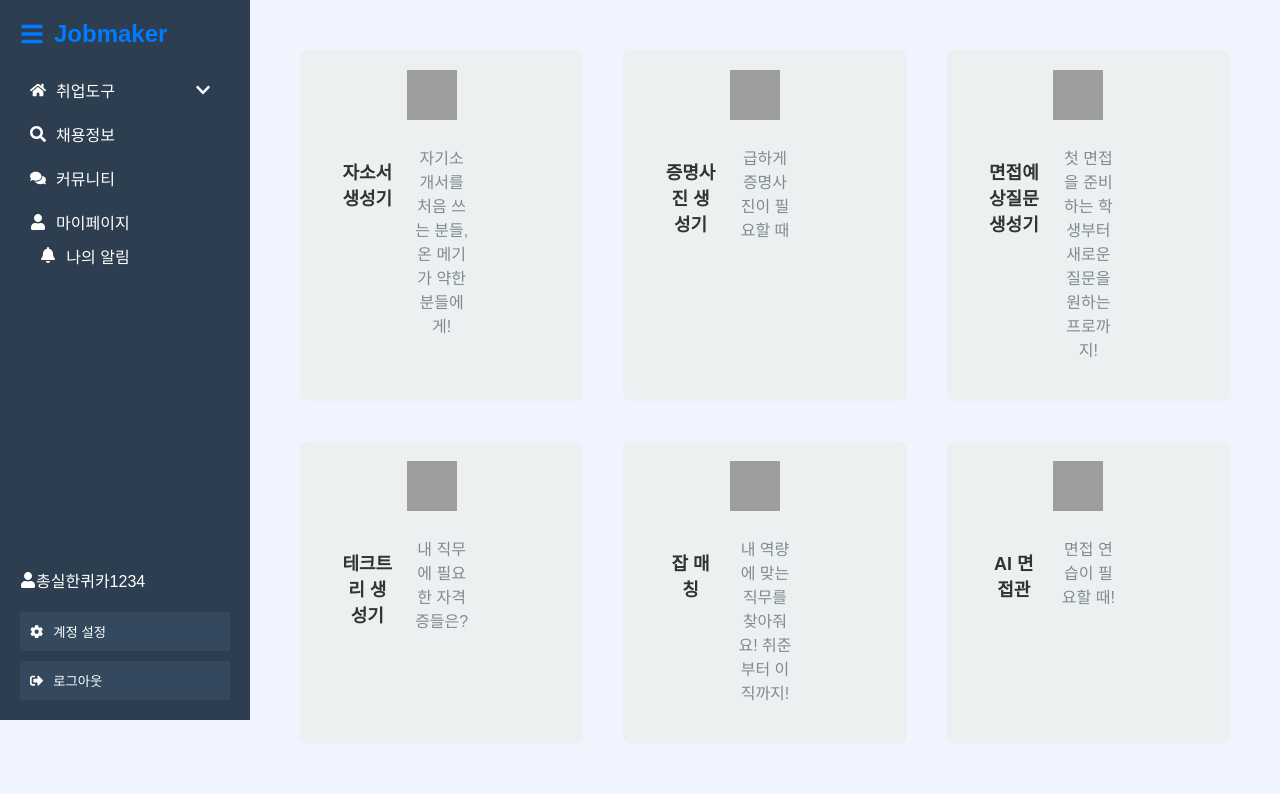
Repository: HSfac/jobmaker
Page: /main
These files come from the project's save history. The page is drawn as it stood at one moment and after a run of saves; the edit follows.
The browser window is 1280 px wide. The pictures show the whole page.
Pictures or frames that could not be fetched are drawn as grey boxes. The project was rebuilt for these pictures with package versions that can differ from the ones it lists, and the page was loaded fresh each time. Also part of the build but not shown: src/components/Header.jsx, src/components/Footer.css, src/components/Footer.jsx, src/pages/LandingPage.jsx, src/pages/InfosPage.jsx, src/pages/CommunityPage.jsx, src/pages/MyPage.jsx, src/components/SocialLoginButton.css and 15 more.

Above is the page before, as saved 2024-07-13 17:47:50.

### src/App.js
import React from 'react';
import { BrowserRouter as Router, Route, Routes } from 'react-router-dom';
import MainPage from './pages/MainPage';
import LandingPage from './pages/LandingPage';
import InfosPage from './pages/InfosPage';
import CommunityPage from './pages/CommunityPage';
import MyPage from './pages/MyPage';
import LoginPage from './pages/LoginPage';
import SignupPage from './pages/SignupPage';
import EmailSignupPage from './pages/EmailSignupPage';

import ResumeGeneratorPage from './pages/tools/ResumeGeneratorPage';
import PhotoGeneratorPage from './pages/tools/PhotoGeneratorPage';
import InterviewQuestionsGeneratorPage from './pages/tools/InterviewQuestionsGeneratorPage';
import TechTreeGeneratorPage from './pages/tools/TechTreeGeneratorPage';
import JobMatchingPage from './pages/tools/JobMatchingPage';
import AIInterviewerPage from './pages/tools/AIInterviewerPage';

import MainLayout from './layouts/MainLayout'; // 새로 생성한 레이아웃 컴포넌트
import './App.css';

function App() {
  return (
    <Router>
      <div className="App">
        <Routes>
          <Route path="/" element={<LandingPage />} />
          <Route path="/login" element={<LoginPage />} />
          <Route path="/signup" element={<SignupPage />} />
          <Route path="/email-signup" element={<EmailSignupPage />} />
          <Route element={<MainLayout />}>
            <Route path="/main" element={<MainPage />} />
            <Route path="/infos" element={<InfosPage />} />
            <Route path="/community" element={<CommunityPage />} />
            <Route path="/mypage" element={<MyPage />} />
            <Route path="/tools/resume-generator" element={<ResumeGeneratorPage />} />
            <Route path="/tools/photo-generator" element={<PhotoGeneratorPage />} />
            <Route path="/tools/interview-questions-generator" element={<InterviewQuestionsGeneratorPage />} />
            <Route path="/tools/tech-tree-generator" element={<TechTreeGeneratorPage />} />
            <Route path="/tools/job-matching" element={<JobMatchingPage />} />
            <Route path="/tools/ai-interviewer" element={<AIInterviewerPage />} />
          </Route>
        </Routes>
      </div>
    </Router>
  );
}

export default App;

### src/pages/MainPage.jsx
// MainPage.jsx
import React from 'react';
import ToolCard from '../components/ToolCard';
import './MainPage.css';

const tools = [
  {
    title: "자소서 생성기",
    description: "자기소개서를 처음 쓰는 분들, 온 메기가 약한 분들에게!",
    image: "../assets/images/icons/icon2.png",
    link: "/tools/resume-generator",
  },
  {
    title: "증명사진 생성기",
    description: "급하게 증명사진이 필요할 때",
    image: "../assets/images/icons/icon2.png",
    link: "/tools/photo-generator",
  },
  {
    title: "면접예상질문 생성기",
    description: "첫 면접을 준비하는 학생부터 새로운 질문을 원하는 프로까지!",
    image: "../assets/images/icons/icon2.png",
    link: "/tools/interview-questions-generator",
  },
  {
    title: "테크트리 생성기",
    description: "내 직무에 필요한 자격증들은?",
    image: "../assets/images/icons/icon2.png",
    link: "/tools/tech-tree-generator",
  },
  {
    title: "잡 매칭",
    description: "내 역량에 맞는 직무를 찾아줘요! 취준부터 이직까지!",
    image: "../assets/images/icons/icon2.png",
    link: "/tools/job-matching",
  },
  {
    title: "AI 면접관",
    description: "면접 연습이 필요할 때!",
    image: "../assets/images/icons/icon2.png",
    link: "/tools/ai-interviewer",
  },
];

const MainPage = () => {
  return (
    <div className="main-page">
      <div className="content">
        {tools.map((tool, index) => (
          <ToolCard
            key={index}
            title={tool.title}
            description={tool.description}
            image={tool.image}
            link={tool.link}
          />
        ))}
      </div>
    </div>
  );
};

export default MainPage;

### src/layouts/MainLayout.jsx
import React from 'react';
import { Outlet } from 'react-router-dom';
import Sidebar from '../components/Sidebar';
//import './MainLayout.css';

const MainLayout = () => {
  return (
    <div className="main-layout">
      <Sidebar />
      <div className="page-content">
        <Outlet />
      </div>
    </div>
  );
};

export default MainLayout;

### src/App.css
.App {
  font-family: sans-serif;
  text-align: center;
  height: 100vh;
  display: flex;
  flex-direction: column;
}

.main-content {
  display: flex;
  flex: 1;
}

.page-content {
  flex: 1;
  padding: 20px;
  margin-left: 250px; /* 사이드바의 넓이만큼 왼쪽 여백을 설정 */
  transition: margin-left 0.3s;
}

.sidebar.closed + .page-content {
  margin-left: 80px; /* 사이드바가 닫혔을 때 여백 설정 */
}

### src/components/ToolCard.jsx
// ToolCard.jsx
import React from 'react';
import { useNavigate } from 'react-router-dom';
import './ToolCard.css';

const ToolCard = ({ title, description, image, link }) => {
  const navigate = useNavigate();

  const handleClick = () => {
    navigate(link);
  };

  return (
    <div className="tool-card" onClick={handleClick}>
      <img src={image} alt={title} className="icon" />
      <div className="content">
        <h3>{title}</h3>
        <p>{description}</p>
      </div>
    </div>
  );
};

export default ToolCard;

### src/pages/MainPage.css
.main-page {
  display: flex;
}

.content {
  flex-grow: 1;
  padding: 20px;
  display: grid;
  grid-template-columns: repeat(3, 1fr);
  gap: 20px;
}

### src/pages/LandingPage.css
/* LandingPage.css */

@font-face {
  font-family: 'Pretendard';
  src: url('../assets/fonts/Pretendard-Regular.ttf') format('truetype');
  font-weight: 400;
}

@font-face {
  font-family: 'Pretendard';
  src: url('../assets/fonts/Pretendard-SemiBold.ttf') format('truetype');
  font-weight: 600;
}
:root {
  --bg-color: #f0f4ff;
  --text-color: #333;
  --primary-color: #3a73e1;
  --secondary-color: #fff;
  --question-bg-color: #4a90e2;
}

[data-theme="dark"] {
  --bg-color: #121212;
  --text-color: #e0e0e0;
  --primary-color: #bb86fc;
  --secondary-color: #333;
  --question-bg-color: #3700b3;
}

body {
  background-color: var(--bg-color);
  color: var(--text-color);
  margin: 0;
  padding: 0;
  font-family: 'Pretendard', sans-serif;
}

.landing-page {
  display: flex;
  flex-direction: column;
  min-height: 100vh;
}

.main-content {
  flex: 1;
  display: flex;
  flex-direction: column;
  align-items: center;
  background-color: var(--primary-color);
  color: var(--secondary-color);
}

.hero {
  display: flex;
  justify-content: space-between;
  align-items: center;
  max-width: 1200px;
  width: 100%;
  padding: 50px;
}


.hero-text h1 {
  font-size: 4em; /* Increased font size */
  font-family: 'Pretendard', sans-serif;
  font-weight: 600; /* SemiBold */
  margin-bottom: 20px;
}

.hero-text p {
  font-family: 'Pretendard', sans-serif;
  font-weight: 400; /* Regular */
}

.hero-text button.primary {
  background-color: var(--secondary-color);
  color: var(--primary-color);
  padding: 10px 20px;
  border: none;
  border-radius: 5px;
  font-size: 1.2em;
  cursor: pointer;
  transition: border-color 0.3s;
}

.hero-text button.primary:hover {
  border: 2px solid var(--primary-color);
}

.hero-images {
  flex: 1;
  display: flex;
  justify-content: center;
  align-items: center;


}

.hero-images img {
  max-width: 100%;
  height: auto;

}

.second-section {
  width: 100%;
  font-size: 1.5em;
  padding: 50px 20px;
  background-color: var(--bg-color);
  color: var(--text-color);
  text-align: center;
  position: relative;
  overflow: hidden;
  font-weight: 700; /* SemiBold */
}

.second-section h2 {
  color: var(--primary-color);
  font-size: 1.5em;
  font-weight: 700; /* SemiBold */
}

.sliding-images {
  display: flex;
  flex-direction: column;
  align-items: center;
  justify-content: center;
  height: 280px; /* Adjust as needed */
  position: relative;
}

.sliding-images img {
  width: 300%; /* Make the images smaller */
  position: absolute;
  animation-duration: 30s; /* Slow down the animation */
  animation-timing-function: linear;
  animation-iteration-count: infinite;
}

.sliding-images img:nth-child(1) {
  top: 0;
  left: -100%;
  animation-name: slide-in-left;
}

.sliding-images img:nth-child(2) {
  top: 50%;
  left: 100%;
  animation-name: slide-in-right;
}

@keyframes slide-in-left {
  0%, 100% {
    left: -100%;
  }
  50% {
    left: 100%;
  }
}

@keyframes slide-in-right {
  0%, 100% {
    left: 100%;
  }
  50% {
    left: -100%;
  }
}

.generators {
  display: flex;
  justify-content: space-around;
  flex-wrap: wrap;
}

.generator-card {
  background-color: var(--secondary-color);
  color: var(--primary-color);
  border-radius: 10px;
  padding: 20px;
  margin: 10px;
  width: 200px;
  cursor: pointer;
  transition: transform 0.2s;
}

.generator-card:hover {
  transform: scale(1.05);
}

.generator-card h3 {
  margin-top: 0;
}

.generator-card p {
  margin: 10px 0 0;
  font-size: 20px;
}

/* 기존 CSS 생략 */

.third-section {

  width: 100%;
  padding: 10px 20px;
  background-color: var(--bg-color);
  color: var(--text-color);
  text-align: center;

}

.third-section h2 {
  font-size: 2.2em;
  color: var(--primary-color);
  font-weight: 700; /* SemiBold */
}

.third-section h3 {
  font-size: 1em;
  font-weight: 600; /* SemiBold */
}

.example-container {
  display: flex;
  flex-wrap: wrap;
  justify-content: center;
  gap: 20px;
  margin-top: 20px;
  flex-direction: column; /* 세로로 배치 */
}

.example-image.left {
  align-self: flex-start;
  margin: 0 50px; /* 이미지 양옆 여백 설정 */
  animation: slide-left 5s infinite;
}

.example-image.center1 {
  align-self: center;
  margin: 0 50px; /* 이미지 양옆 여백 설정 */
}

.example-image.right {
  align-self: flex-end;
  margin: 0 50px; /* 이미지 양옆 여백 설정 */
  animation: slide-right 5s infinite;
}

.example-image.center2 {
  align-self: center;
  margin: 0 50px; /* 이미지 양옆 여백 설정 */
}

@keyframes slide-left {
  0% {
    transform: translateX(0);
  }
  50% {
    transform: translateX(-20px); /* 원하는 슬라이드 거리 설정 */
  }
  100% {
    transform: translateX(0);
  }
}

@keyframes slide-right {
  0% {
    transform: translateX(0);
  }
  50% {
    transform: translateX(20px); /* 원하는 슬라이드 거리 설정 */
  }
  100% {
    transform: translateX(0);
  }
}

/* 기존 CSS 생략 */




.fourth-section {
  width: 100%;
  padding: 50px 20px;
  background-color: var(--bg-color);
  color: var(--text-color);
  text-align: center;
}

.fourth-section h2 {
  font-size: 2.2em;
  color: var(--primary-color);
  font-weight: 700; /* SemiBold */
  margin-bottom: 10px;
}

.fourth-section h3 {
  font-size: 26px;
  font-weight: 700; /* SemiBold */
  margin-bottom: 30px;
}

.sliding-tags {
  overflow: hidden;
  white-space: nowrap;
  box-sizing: border-box;
}

.tags-wrapper {
  display: inline-block;
  animation: slide 45s linear infinite;

}

.tag {
  font-size: 20px;
  display: inline-block;
  background-color: var(--primary-color);
  color: var(--secondary-color);
  padding: 20px 40px;
  margin: 0 10px;
  border-radius: 500px;
  font-weight: 600; /* SemiBold */
}

@keyframes slide {
  0% {
    transform: translateX(100%);
  }
  100% {
    transform: translateX(-100%);
  }
}

.fifth-section {
  width: 100%;
  padding: 50px 20px;
  background-color: var(--bg-color);
  color: var(--text-color);
  text-align: center;
}

.fifth-section h2 {
  margin-top: 70px;
  font-size: 2.2em;
  color: var(--primary-color);
  font-weight: 700; /* SemiBold */
}

.fifth-section h3 {
  font-size: 26px;
  font-weight: 700; /* SemiBold */
  margin-top: 10px;
  margin-bottom: 30px;
}

.pricing-plans {
  display: flex;
  justify-content: center;
  gap: 25px;
  flex-wrap: wrap;
  margin-bottom: 200px;
}

.plan {
  background-color: var(--secondary-color);
  color: var(--primary-color);
  border-radius: 10px;
  padding: 20px;
  margin: 10px;
  width: 250px;
  text-align: center;
}

.plan h3 {
  margin-top: 0;
}

.plan p {
  font-size: 20px;
  font-weight: 700; /* SemiBold */
}

.plan ul {
  list-style: none;
  padding: 0;
}

.plan ul li {
  margin: 10px 0;
}

.plan button.primary {
  background-color: var(--secondary-color);
  color: var(--primary-color);
  padding: 10px 20px;
  border: 2px solid var(--primary-color);
  border-radius: 5px;
  font-size: 1.2em;
  cursor: pointer;
  transition: background-color 0.3s, color 0.3s;
}

.plan button.primary:hover {
  background-color: var(--primary-color);
  color: var(--secondary-color);
}

.footer {
  background-color: var(--primary-color);
  color: var(--secondary-color);
  padding: 20px;
  text-align: center;
  position: relative;
  bottom: 0;
  width: 100%;
  margin-top: auto;
}

### src/components/Sidebar.jsx
import React, { useState } from 'react';
import { FaHome, FaSearch, FaComments, FaUser, FaBell, FaCog, FaSignOutAlt, FaBars, FaChevronDown, FaChevronUp } from 'react-icons/fa';
import { Link } from 'react-router-dom';
import './Sidebar.css';
import AlertModal from './AlertModal';

const Sidebar = () => {
  const [isOpen, setIsOpen] = useState(true);
  const [isToolsOpen, setIsToolsOpen] = useState(false);
  const [isModalOpen, setIsModalOpen] = useState(false);

  const toggleSidebar = () => {
    setIsOpen(!isOpen);
  };

  const toggleToolsMenu = () => {
    setIsToolsOpen(!isToolsOpen);
  };

  const toggleModal = () => {
    setIsModalOpen(!isModalOpen);
  };

  return (
    <div className={`sidebar ${isOpen ? 'open' : 'closed'}`}>
      <div className="logo" onClick={toggleSidebar}>
        <FaBars />
        {isOpen && <span>Jobmaker</span>}
      </div>
      <ul className="menu">
        <li>
          <div className="menu-item" onClick={toggleToolsMenu}>
            <FaHome />
            {isOpen && <span>취업도구</span>}
            {isOpen && (isToolsOpen ? <FaChevronUp /> : <FaChevronDown />)}
          </div>
          {isToolsOpen && (
            <ul className="submenu">
              <li>
                <Link to="/tools/resume-generator">
                  {isOpen && <span>자소서 생성기</span>}
                </Link>
              </li>
              <li>
                <Link to="/tools/photo-generator">
                  {isOpen && <span>증명사진 생성기</span>}
                </Link>
              </li>
              <li>
                <Link to="/tools/interview-questions-generator">
                  {isOpen && <span>면접예상질문 생성기</span>}
                </Link>
              </li>
              <li>
                <Link to="/tools/tech-tree-generator">
                  {isOpen && <span>테크트리 생성기</span>}
                </Link>
              </li>
              <li>
                <Link to="/tools/job-matching">
                  {isOpen && <span>잡 매칭</span>}
                </Link>
              </li>
              <li>
                <Link to="/tools/ai-interviewer">
                  {isOpen && <span>AI 면접관</span>}
                </Link>
              </li>
            </ul>
          )}
        </li>
        <li>
          <Link to="/infos">
            <FaSearch />
            {isOpen && <span>채용정보</span>}
          </Link>
        </li>
        <li>
          <Link to="/community">
            <FaComments />
            {isOpen && <span>커뮤니티</span>}
          </Link>
        </li>
        <li>
          <Link to="/mypage">
            <FaUser />
            {isOpen && <span>마이페이지</span>}
          </Link>
        </li>
        <li onClick={toggleModal} style={{ cursor: 'pointer' }}>
          <FaBell />
          {isOpen && <span>나의 알림</span>}
        </li>
      </ul>
      <div className="user-info">
        <div className="username">
          <FaUser />
          {isOpen && <span>총실한퀴카1234</span>}
        </div>
        <div className="settings">
          <button className="settings-btn">
            <FaCog />
            {isOpen && <span>계정 설정</span>}
          </button>
          <button className="logout-btn">
            <FaSignOutAlt />
            {isOpen && <span>로그아웃</span>}
          </button>
        </div>
      </div>
      {isModalOpen && <AlertModal onClose={toggleModal} />}
    </div>
  );
};

export default Sidebar;

### src/components/ToolCard.css
.tool-card {
  background-color: #ecf0f1;
  border-radius: 8px;
  padding: 20px;
  margin: 10px;
  display: flex;
  align-items: center;
  cursor: pointer;
  flex-direction: column;
  transition: background-color 0.3s;
}

.tool-card:hover {
  background-color: #bdc3c7;
}

.icon {
  width: 50px;
  height: 50px;
  margin-right: 20px;
}

.content {
  flex-grow: 1;
}

h3 {
  margin: 5;
  font-size: 18px;
}

p {
  margin: 5px 0 0;
  color: #7f8c8d;
}

### src/components/Header.css
.header {
  display: flex;
  justify-content: space-between;
  align-items: center;
  padding: 10px 20px;
  background-color: #f8f9fa;
  border-bottom: 1px solid #e0e0e0;
}

.logo {
  font-size: 24px;
  font-weight: bold;
  color: #007bff;
}

.nav-links a {
  margin-left: 10px;
  color: #333;
  text-decoration: none;
}

.nav-links a:hover {
  text-decoration: underline;
}

### src/components/Sidebar.css
.sidebar {
  width: 250px;
  height: 100vh;
  background-color: #2c3e50;
  color: white;
  padding: 20px;
  box-sizing: border-box;
  display: flex;
  flex-direction: column;
  justify-content: space-between;
  transition: width 0.3s;
  position: fixed;
  top: 0;
  left: 0;
  overflow-y: auto; /* Add scrollbar if content exceeds height */
}

.sidebar.closed {
  width: 80px;
}

.logo {
  font-size: 24px;
  font-weight: bold;
  margin-bottom: 20px;
  cursor: pointer;
  display: flex;
  align-items: center;
}

.logo span {
  margin-left: 10px;
}

.menu {
  list-style: none;
  padding: 0;
  margin: 0;
}

.menu li {
  margin: 0;
}

.menu-item, .menu li a {
  display: flex;
  align-items: center;
  color: white;
  text-decoration: none;
  padding: 10px;
  width: 100%;
  box-sizing: border-box;
  transition: background-color 0.3s;
}

.menu-item:hover, .menu li a:hover {
  background-color: #34495e;
}

.menu-item {
  cursor: pointer;

}

.menu li span {
  margin-left: 10px;
  margin-right: 80px;
}

.submenu {
  list-style: none;
  padding: 0;
  margin: 0;
}

.submenu li {
  margin: 0;
}

.submenu li a {
  padding: 10px 10px 10px 30px; /* Indentation for submenu items */
  display: flex;
  align-items: center;
  color: white;
  text-decoration: none;
  transition: background-color 0.3s;
}

.submenu li a:hover {
  background-color: #34495e;
}

.user-info {
  margin-top: auto;
}

.username {
  display: flex;
  align-items: center;
  margin-bottom: 10px;
}

.email {
  margin-bottom: 10px;
}

.settings {
  display: flex;
  flex-direction: column;
}

.settings-btn, .logout-btn {
  display: flex;
  align-items: center;
  width: 100%;
  margin-top: 10px;
  padding: 10px;
  background-color: #34495e;
  color: white;
  border: none;
  cursor: pointer;
  transition: background-color 0.3s;
}

.settings-btn:hover, .logout-btn:hover {
  background-color: #3d566e;
}

.settings-btn span, .logout-btn span {
  margin-left: 10px;
}

Loaded but not shown: public/index.html (common file); src/index.js (common file); src/index.css (common file); src/reportWebVitals.js (common file)

After the next 2 saves:
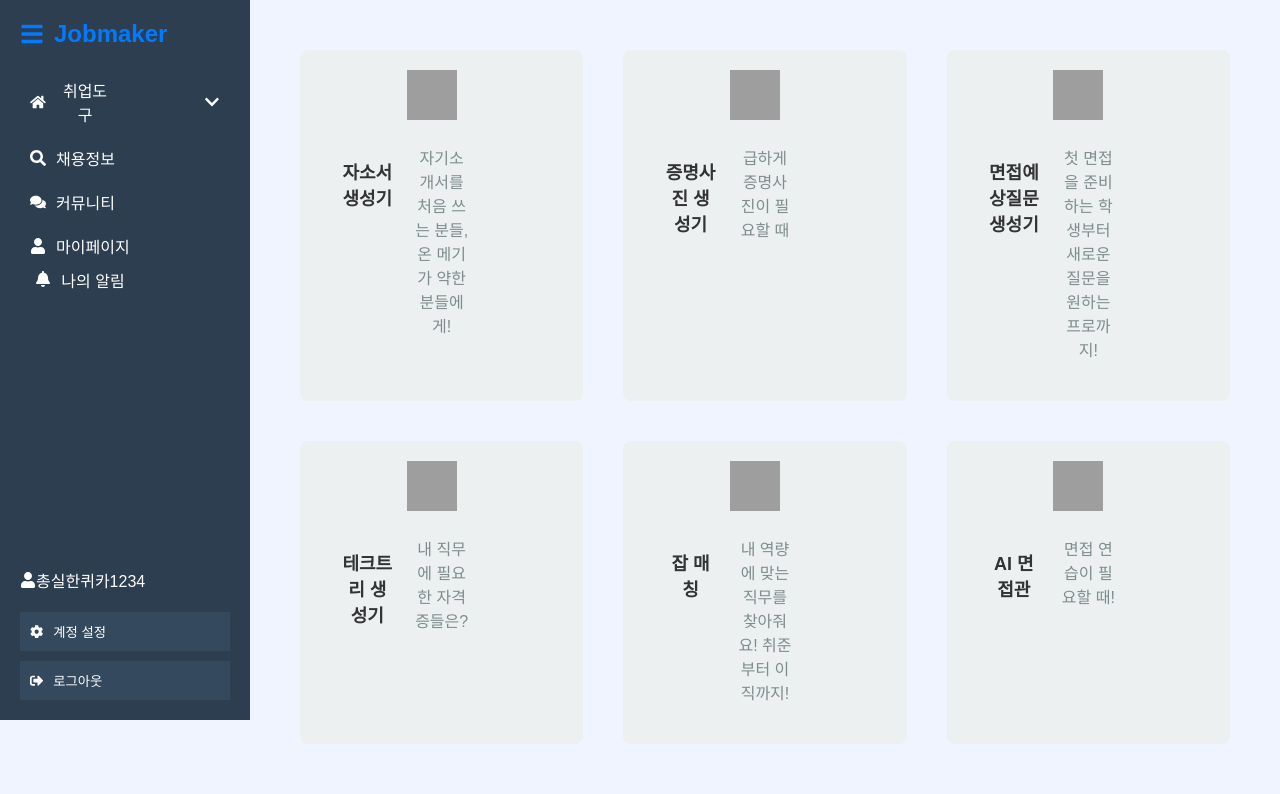
The 2 saves are shown as one change because they came seconds apart.
The last was saved 6 s later.
--- a/src/components/Sidebar.css
+++ b/src/components/Sidebar.css
@@ -64,7 +64,7 @@
 
 .menu li span {
   margin-left: 10px;
-  margin-right: 80px;
+  margin-right: 90px;
 }
 
 .submenu {
